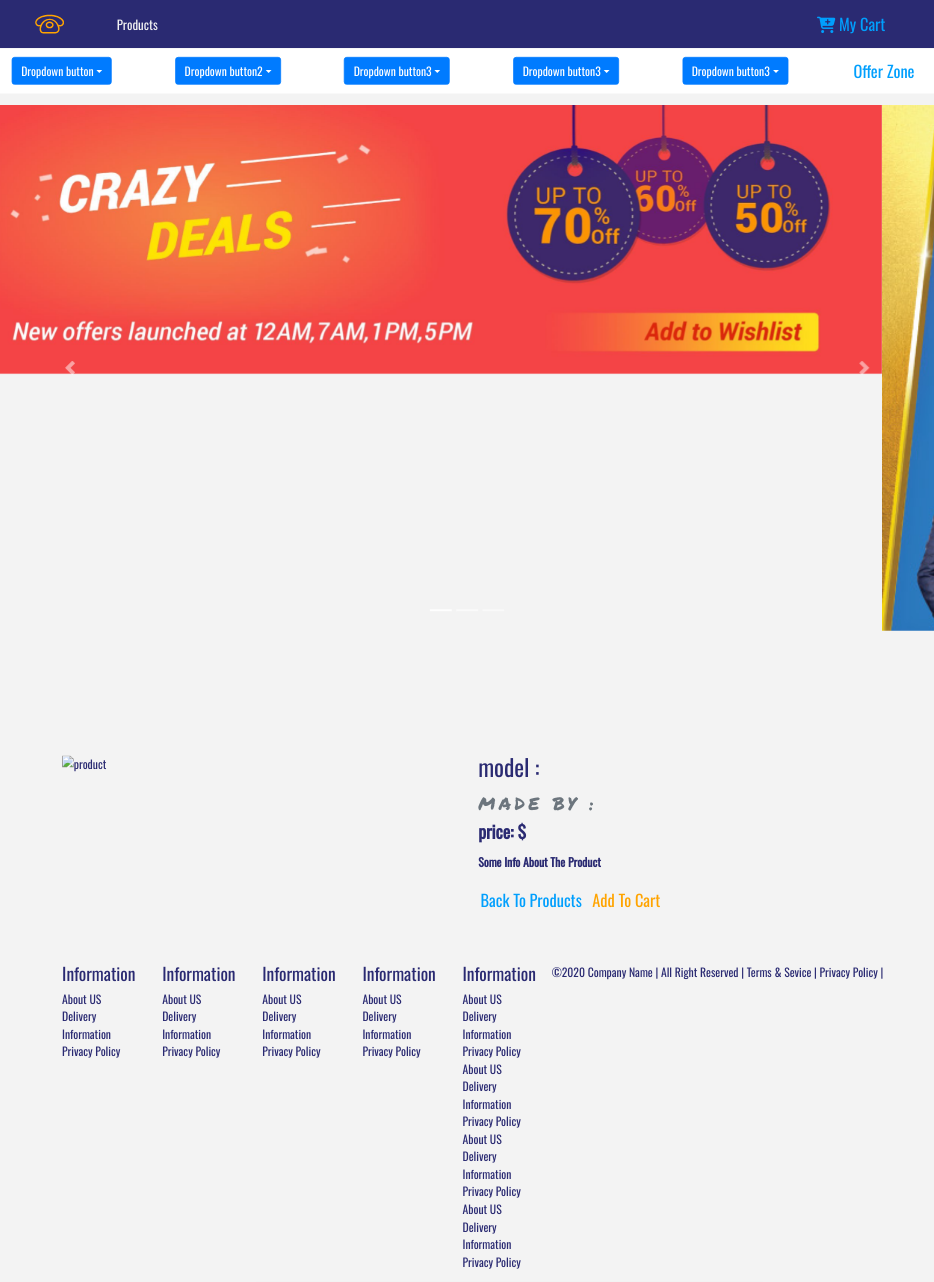
Repository: aditya1068/Online-Store
Page: /details
An editor plug-in stored every save of this project. The page is shown before and after the next save, followed by the edit.
The browser window is 1280 px wide. The pictures show the whole page, at 73% of full size.
Some web libraries are served in a nearby version. The project was rebuilt for these pictures with package versions that can differ from the ones it lists, and the page was loaded fresh each time. Also part of the build but not shown: src/components/Products.js, src/components/Title.js, src/components/ProductsList.js, src/components/Cart.js, src/components/Default.js.

Above is the page before, as saved 2020-04-02 22:38:32.

### public/index.html
<!DOCTYPE html>
<html lang="en">
  <head>
    <meta charset="utf-8" />
    <link rel="icon" href="%PUBLIC_URL%/favicon.ico" />
    <meta name="viewport" content="width=device-width, initial-scale=1" />
    <meta name="theme-color" content="#000000" />
    <meta
      name="description"
      content="Web site created using create-react-app"
    />
    <link rel="apple-touch-icon" href="%PUBLIC_URL%/logo192.png" />
    <!--
      manifest.json provides metadata used when your web app is installed on a
      user's mobile device or desktop. See https://developers.google.com/web/fundamentals/web-app-manifest/
    -->
    <link rel="manifest" href="%PUBLIC_URL%/manifest.json" />
    <!--
      Notice the use of %PUBLIC_URL% in the tags above.
      It will be replaced with the URL of the `public` folder during the build.
      Only files inside the `public` folder can be referenced from the HTML.

      Unlike "/favicon.ico" or "favicon.ico", "%PUBLIC_URL%/favicon.ico" will
      work correctly both with client-side routing and a non-root public URL.
      Learn how to configure a non-root public URL by running `npm run build`.
    -->
    <!--Google Fonts-->
    <link href="https://fonts.googleapis.com/css?family=Oswald|Permanent+Marker&display=swap" rel="stylesheet">

    <!--Font Awesome-->
    <script src="https://kit.fontawesome.com/7ff98d2d13.js" crossorigin="anonymous"></script>
    <title>Store</title>
  </head>
  <body>
    <noscript>You need to enable JavaScript to run this app.</noscript>
    <div id="root"></div>
    <!--
      This HTML file is a template.
      If you open it directly in the browser, you will see an empty page.

      You can add webfonts, meta tags, or analytics to this file.
      The build step will place the bundled scripts into the <body> tag.

      To begin the development, run `npm start` or `yarn start`.
      To create a production bundle, use `npm run build` or `yarn build`.
    -->
  </body>
</html>

### src/index.js
import React from 'react';
import ReactDOM from 'react-dom';
import './index.css';
import 'bootstrap';
//import 'bootstrap/dist/css/bootstrap.css';
//import 'bootstrap/dist/js/bootstrap.js';
import App from './App';
import { BrowserRouter as Router } from 'react-router-dom';
import {ProductProvider } from './context';
import * as serviceWorker from './serviceWorker';

ReactDOM.render(
    <ProductProvider>

    <Router>
    <App/>
    </Router>

    </ProductProvider>,



 document.getElementById('root'));

// If you want your app to work offline and load faster, you can change
// unregister() to register() below. Note this comes with some pitfalls.
// Learn more about service workers: https://bit.ly/CRA-PWA
serviceWorker.unregister();

### src/App.js
import React, { Component } from "react";
import {Route,Switch} from 'react-router-dom';
import { BrowserRouter as  Router} from 'react-router-dom';
import './App.css';
import "bootstrap/dist/css/bootstrap.min.css";
import Navbar from "./components/Navbar";
import Navbar1 from "./components/Navbar1";
import ProductsList from "./components/ProductsList";
import Details from "./components/Details";
import Cart from "./components/Cart";
import Default from "./components/Default";
import Modal from './components/Modal';
import Slider from "./components/Slider";
import Footer from "./components/Footer";

class App extends Component {
  render() {
    return(

      <Router>
        <Navbar />
        <Navbar1 />
        <Slider />
          <Switch>
            <Route path ="/" exact component ={
              () => (<ProductsList></ProductsList>)
            } />

            <Route path ="/details" exact component ={
              () => (<Details></Details>)
             } />

            <Route path ="/cart" exact component ={
              () => (<Cart></Cart>)
            } />

              <Route  component ={
              () => (<Default></Default>)
            } />

              </Switch>

            <Modal />
            <Footer />
  </Router>

    );
  }
}

export default App;

### src/context.js
import React, { Component } from 'react';
import { storeProducts, detailProduct } from './data';

const ProductContext = React.createContext();
// Provider
// Consumer

class ProductProvider extends Component {
   state = {
     products: [],
     detailProduct: detailProduct,
     cart: [],
     modalOpen: false,
     modalProduct: detailProduct,
     cartSubTotal: 0,
     cartTax: 0,
     CartTotal: 0,
   };

   componentDidMount() {
     this.setProducts();
   }

   setProducts = () => {
     let tempProducts = [];
     storeProducts.forEach(item => {
       const singleItem = { ...item };
       tempProducts = [...tempProducts, singleItem];
     });
     this.setState(() => {
       return { products: tempProducts };
     });
   };

    getItem = (id) => {
      const product = this.state.products.find(item => item.id === id);
      return product;
    };

   handleDetail =(id) => {
     const product = this.getItem(id);
     this.setState(() => {
       return { detailProduct:product };
     });
   };

 addToCart =(id) => {
   let tempProducts = [...this.state.products];
   const index = tempProducts.indexOf(this.getItem(id));
   const product = tempProducts[index];
   product.inCart = true;
   product.count = 1;
   const  price  = product.price;
   product.total = price;
   this.setState(() => {
     return { products: tempProducts, cart: [...this.state.cart, product] };
   },
   () => {
     this.addTotals();
   });
 };

    openModal = id => {
      const product = this.getItem(id);
      this.setState(() => {
        return { modalProduct: product, modalOpen: true };
      });
    }

closeModal = () => {
  this.setState(() => {
    return { modalOpen: false };
  });
};

increment = (id) => {
  let tempCart = [...this.state.cart];
  const selectedProduct = tempCart.find(item=>item.id === id);

  const index = tempCart.indexOf(selectedProduct);
  const product = tempCart[index];

  product.count += 1;
  product.total = product.count * product.price;

  this.setState(() => {
    return { cart: [...tempCart] };
  },
  () => {
    this.addTotals();
  });
}

decrement = (id) => {
  let tempCart = [...this.state.cart];
  const selectedProduct = tempCart.find(item => item.id === id);

  const index = tempCart.indexOf(selectedProduct);
  const product = tempCart[index];
  product.count = product.count - 1;
  if (product.count === 0) {
    this.removeItem(id);
  } else {
    product.total = product.count * product.price;
    this.setState(() => {
      return { cart: [...tempCart] };
    },
    () => { this.addTotals(); });
  }
};

removeItem = (id) => {
  const tempProducts = [...this.state.products];
  let tempCart = [...this.state.cart];

  tempCart = tempCart.filter(item => item.id !== id);
  const index = tempProducts.indexOf(this.getItem(id));
  const removedProduct = tempProducts[index];
  removedProduct.inCart = false;
  removedProduct.Count = 0;
  removedProduct.total = 0;
  this.setState(() => {
    return {
      cart: [...tempCart],
      products: [...tempProducts],
    };
  });
}

clearCart =() => {
  this.setState(() => {
    return { cart: [] };
  }, () => {
    this.setProducts();
    this.addTotals();
  });
};

addTotals =() => {
  let subTotal = 0;
  this.state.cart.map(item => (subTotal += item.total));
  const tempTax = subTotal * .18;
  const tax = parseFloat(tempTax.toFixed(1));
  const total = subTotal + tax;
  this.setState(() => {
    return {
      cartSubTotal: subTotal,
      cartTax: tax,
      CartTotal: total,
    };
  });
};

render() {
  return (
    <ProductContext.Provider value={{
      ...this.state,
      handleDetail: this.handleDetail,
      addToCart: this.addToCart,
      openModal: this.openModal,
      closeModal: this.closeModal,
      increment: this.increment,
      decrement: this.decrement,
      removeItem: this.removeItem,
      clearCart: this.clearCart,
    }}
    >
      {this.props.children}
    </ProductContext.Provider>
  );
}
}


const ProductConsumer = ProductContext.Consumer;

export { ProductProvider, ProductConsumer };

### src/App.css
:root{
  --mainBlue: #2a2a72;
  --lightBlue: #009ffd;
  --mainWhite: #f3f3f3;
  --mainDark: #232528;
  --mainYellow: #ffa400;
}
body{
    font-family: 'Oswald', sans-serif !important;
    background: var(--mainWhite)!important;
    color: var(--mainBlue)!important ;
}
.text-title{
font-family: 'Permanent Marker', cursive;
letter-spacing: 0.3rem;
text-transform: uppercase;
}
.text-blue{
  color: var(--mainBlue);
}
.text-bright{
  color: var(--lightBlue);
}
.btn-black{
  background: transparent;
  text-transform: capitalize;
  font-size: 0.6rem !important;
  color: var(--mainDark);
  border-radius: 0 !important;
  border: 0.1rem solid var(--mainDark) !important;
}

.btn-black:hover{
  background: var(--mainDark) !important;
  color: var(--mainWhite) !important;
}

.cart-icon{
  cursor: pointer;
  font-size: 1.2rem;
  color: var(--mainYellow);
}

### src/components/Navbar.js
import React, { Component } from 'react';
import {Link} from 'react-router-dom';
import logo from "../logo.svg";
import styled from "styled-components";
import {ButtonContainer} from  './button';
export default class Navbar extends Component{
    render(){
        return(

           <NavWrapper className="navbar navbar-expand-sm navbar-dark  px-sm-5">
               { /*
                https://www.iconfinder.com/icons/1243689/call_phone_icon
                Creative Commons (Attribution 3.0 Unported);
               https://www.iconfinder.com/Makoto_msk */}
    <Link to ='/' >
     <img src={logo} alt = "store" className="navbar-brand" />
    </Link>
    <ul className= "navbar-nav align-items-center">
        <li className="nav-item ml-5">
        <Link to= "/" className= "nav-link">
            products
            </Link>
            </li>
        </ul>
        <Link to= '/Cart' className="ml-auto">

        <ButtonContainer>
            <span className ="mr-2">
                <i className="fas fa-cart-plus"></i>  my cart
                </span> </ButtonContainer>
        </Link>
            </NavWrapper>
        );
    }
}

const NavWrapper =styled.nav`
background: var(--mainBlue);
.nav-link{
    color:var(--mainWhite)!important;
    font-size: 1.1rem;
    text-transform: capitalize;
}
`;

### src/components/Details.js
import React, { Component } from 'react';
import {ProductConsumer} from '../context';
import {Link} from 'react-router-dom';
import {ButtonContainer} from './button';
export default class Details extends Component{
    render(){
        return(

            <ProductConsumer>
                {(value)=>{
                    const {id,company,img,info,price,title,inCart}=
                    value.detailProduct;
                    return(
                        <div className="container py-5">
                            {/*title */}
                            <div className="row">
                                <div className="col-10 mx-auto text-center text-slanted text-blue my-5">
                                    <h1>{title}</h1>
                                    </div>
                            </div>

                            {/*end title */}
                            {/*Product info */}
                            <div className="row">
                                <div className="col-10 mx-auto col-md-6 my-3">

                                 <img src={img} className="img-fluid" alt="product"/>
                                </div>
                                {/* Product text */}
                                <div className="col-10 mx-auto col-md-6 my-3  text-capitalise">
                                    <h2>model :{title}</h2>
                                    <h4  className="text-title text-upercase text-muted mt-3 mb-2">
                                   made by : <span className="text-uppercase">
                                       {company}</span>  </h4>
                                       <h4 className="text-blue">
                                           <strong>
                                               price: <span>$</span>
                                          {price}
                                           </strong>
                                  </h4>
                                <p className="text-capitalize font-weight-bold mt-3 mb-0">
                                    some info about the product
                                </p>
                                <p className="text-muted lead">{info}</p>
                                {/* buttons */}
                                <div>
                                    <Link to="/">
                                        <ButtonContainer>back to products</ButtonContainer>
                                    </Link>
                                    <ButtonContainer cart
                                     disabled={inCart ? true : false}
                                     onClick={()=>{
                                        value.addToCart(id);
                                        value.openModal(id);
                                     }}
                                     >
                                        {inCart ? "inCart": "add to cart"}
                                    </ButtonContainer>

                                </div>
                            </div>
                        </div>
                        </div>
                    );
                }}

            </ProductConsumer>

        );
    }

}

### src/components/Modal.js
import React, { Component } from 'react'
import styled from 'styled-components';
import {ProductConsumer} from '../context';
import {ButtonContainer } from './button';
import {Link} from "react-router-dom";


export default class  extends Component {
    render() {
        return (
            <ProductConsumer>
                {(value) => {
                    const {modalOpen,closeModal} = value;
                    const {img,title,price} = value.modalProduct;

                    if(!modalOpen){
                        return null;
                    }

                    else{
                return (
                <ModalContainer>
    <div className="container">
    <div className="row">
      <div id="modal" className= "col-8 mx-auto col-md-6 col-lg-4 text-center text-capitalize">
    <h5>item added to the cart</h5>
    <img src={img} className="img-fluid" alt="product" />
    <h5>{title}</h5>
    <h5 className= "text-muted">price : $ {price} </h5>
    <Link to ='/'>
        <ButtonContainer onClick={()=>closeModal()}>
            continue Shopping
        </ButtonContainer>
    </Link>
    <Link to ='/cart'>
        <ButtonContainer cart onClick={()=>closeModal()}>
            go to Cart
        </ButtonContainer>
    </Link>
    </div>
    </div> </div>
                        </ModalContainer>
                        );

                }
            }}
            </ProductConsumer>
        );
    }
}

const ModalContainer = styled.div`
position:fixed;
top: 0;
left: 0;
right: 0;
bottom: 0;
background: rgba(0,0,0,0.3);
display: flex;
align-items: center;
justufy-content: center;
#modal{
    background: var(--mainWhite);
}
`;

### src/components/Slider.js
import React, { Component } from 'react'
import Carousel from 'react-bootstrap/Carousel'
//import Carousel from 'react-multi-carousel';
import 'react-multi-carousel/lib/styles.css';
import {Link} from 'react-router-dom';

export default class Slider extends Component {
    render() {
        return (
            <div>
                <Carousel>
  <Carousel.Item>
    <img
      className="d-block w-100"
      src="img/slider1.jpg"
      alt="First slide"
    />
    <Carousel.Caption>
      <h3></h3>
      <p></p>
    </Carousel.Caption>
  </Carousel.Item>
  <Carousel.Item>
    <img
      className="d-block w-100"
      src="img/slider2.jpg"
      alt="Second slide"
    />

    <Carousel.Caption>

    </Carousel.Caption>
  </Carousel.Item>
  <Carousel.Item>
    <img
      className="d-block w-100"
      src="img/slider3.jpg"
      alt="Third slide"
    />


  </Carousel.Item>
</Carousel>
            </div>
        )
    }
}

### src/components/Footer.js
import React, { Component } from 'react';

export default class Footer extends Component {
    render() {
      return (
          <div className="main-footer">
              <div className= "container">
              <div className= "row">
                  {/* column1 */}
                  <div className= "col">
                      <h4>Information</h4>
                      <ul className="list-unstyled">
                          <li>About US</li>
                          <li>Delivery Information</li>
                          <li>Privacy Policy</li>
                      </ul>
                  </div>
                  {/* column2 */}
                  <div className= "col">
                      <h4>Information</h4>
                      <ul className="list-unstyled">
                          <li>About US</li>
                          <li>Delivery Information</li>
                          <li>Privacy Policy</li>
                      </ul>
                  </div>
                  {/* column3 */}
                  <div className= "col">
                      <h4>Information</h4>
                      <ul className="list-unstyled">
                          <li>About US</li>
                          <li>Delivery Information</li>
                          <li>Privacy Policy</li>
                      </ul>
                  </div>
                  {/*column 4 */}
                  <div className= "col">
                      <h4>Information</h4>
                      <ul className="list-unstyled">
                          <li>About US</li>
                          <li>Delivery Information</li>
                          <li>Privacy Policy</li>
                      </ul>
                  </div>
                  {/*column 5 */}
                  <div className= "col">
                      <h4>Information</h4>
                      <ul className="list-unstyled">
                          <li>About US</li>
                          <li>Delivery Information</li>
                          <li>Privacy Policy</li>
                          <li>About US</li>
                          <li>Delivery Information</li>
                          <li>Privacy Policy</li>
                          <li>About US</li>
                          <li>Delivery Information</li>
                          <li>Privacy Policy</li>
                          <li>About US</li>
                          <li>Delivery Information</li>
                          <li>Privacy Policy</li>

                      </ul>
                  </div>
                  <div className="row">
                      <p className="col-sm">
                          &copy;{(new Date().getFullYear())} Company Name | All Right Reserved | Terms & Sevice | Privacy Policy |
                      </p>
                  </div>
                  </div>
              </div>
          </div>
      )
      }}

### src/components/button.js
import styled from "styled-components"



export const ButtonContainer = styled.button`
text-transform:capitalize;
font-size:1.4rem;
background: transparent;
border: 0.05 rem solid var(--lightBlue);
color: var(--lightBlue);
border-color: ${props => (props.cart? "var(--mainYellow)": "var--(lightBlue)")};
color ${prop => prop.cart ? "var(--mainYellow)": "var--(lightBlue)"};
border-radius: 0.5rem;
padding:0.2rem;
cursor:pointer;
margin:0.2rem 0.5rem 0.2rem 0;
transition:all 0.5s ease-in-out;
&:hover: {
    background:${prop => prop.cart ? "var(--mainYellow)": "var--(lightBlue)"};
    color:var(--mainBlue);
}
&:focus{
    outLine: none;
}
`;

Loaded but not shown: src/index.css (common file); src/serviceWorker.js (common file); src/data.js (99 lines, source omitted); src/components/Navbar1.js (88 lines, source omitted)

After the next save:
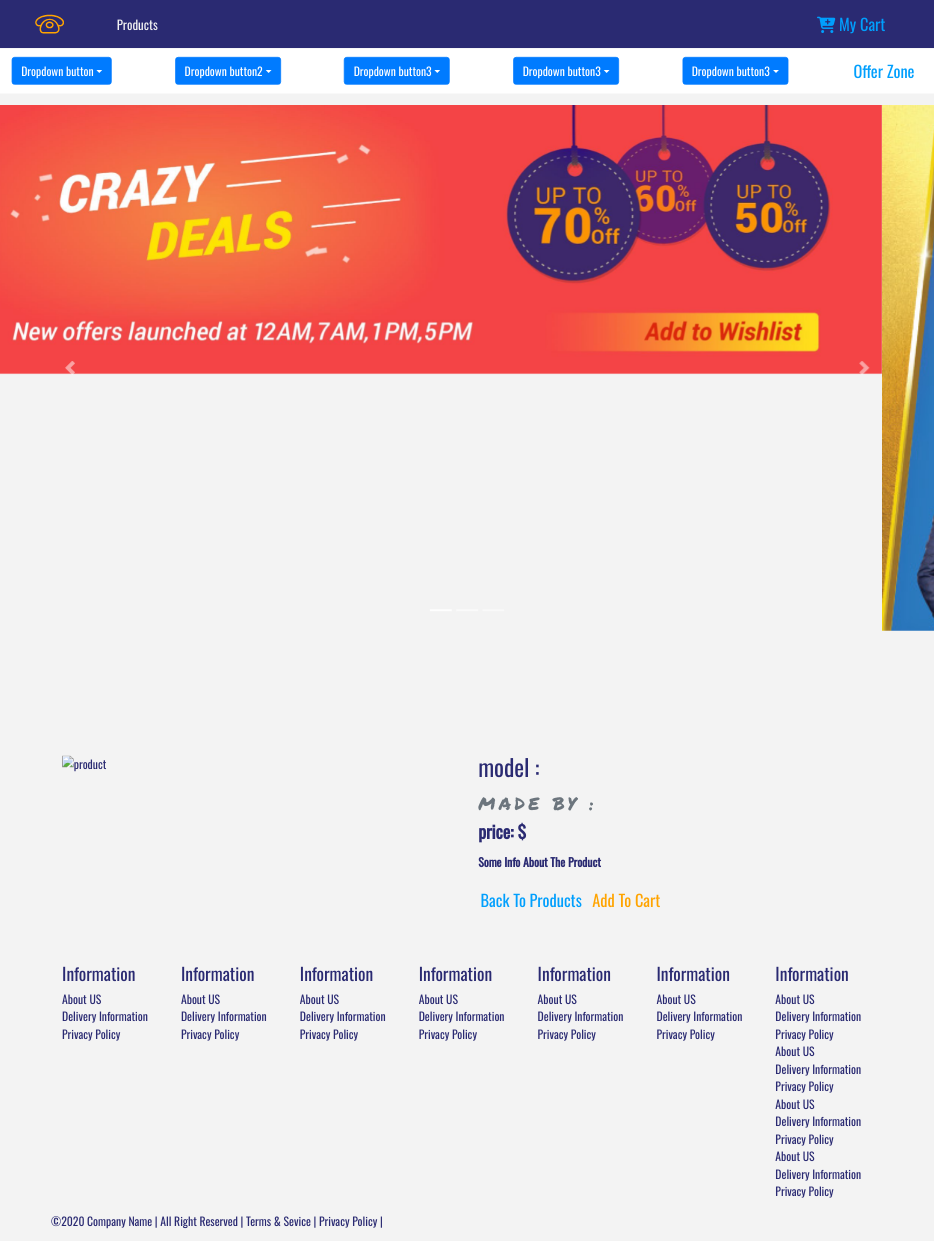
Saved 29 s later.
--- a/src/components/Footer.js
+++ b/src/components/Footer.js
@@ -25,6 +25,24 @@ export default class Footer extends Component {
                       </ul>
                   </div>
                   {/* column3 */}
+                  <div className= "col">
+                      <h4>Information</h4>
+                      <ul className="list-unstyled">
+                          <li>About US</li>
+                          <li>Delivery Information</li>
+                          <li>Privacy Policy</li>
+                      </ul>
+                  </div>
+                  {/*column 4 */}
+                  <div className= "col">
+                      <h4>Information</h4>
+                      <ul className="list-unstyled">
+                          <li>About US</li>
+                          <li>Delivery Information</li>
+                          <li>Privacy Policy</li>
+                      </ul>
+                  </div>
+                  {/*column 4 */}
                   <div className= "col">
                       <h4>Information</h4>
                       <ul className="list-unstyled">
